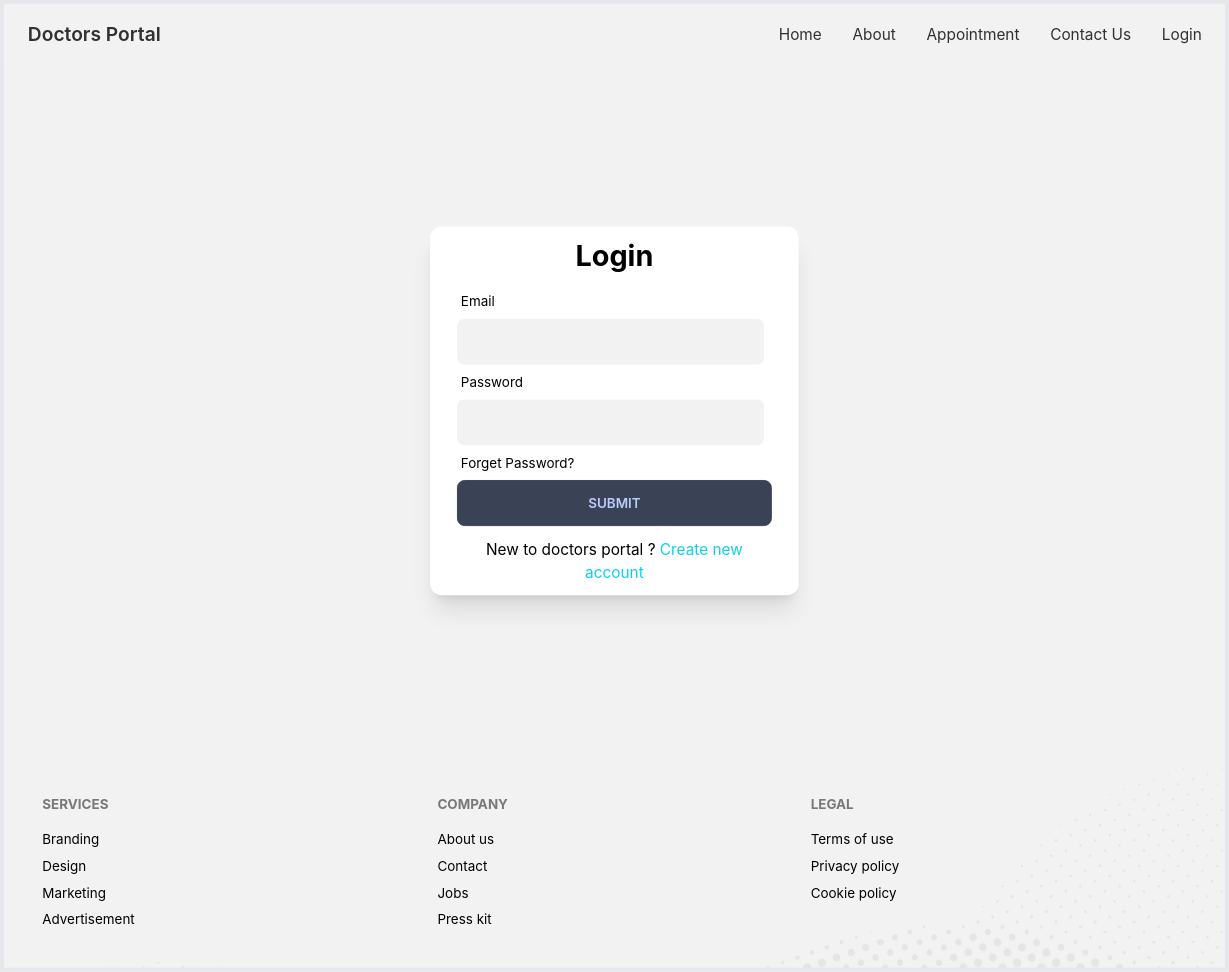
Repository: Samad77/Doctorportal-Client
Page: /login
These files come from the project's save history. The page is drawn as it stood at one moment and after the next save; the edit follows.
The browser window is 1280 px wide. The pictures show the whole page, at 96% of full size.
The project was rebuilt for these pictures with package versions that can differ from the ones it lists, and the page was loaded fresh each time. Also part of the build but not shown: src/Pages/Appointment/BookingModal/BookingModal.js, src/Pages/Appointment/AppoinmentCard/AppoinmentCard.js, src/Pages/Appointment/AppointmentBanner/AppointmentBanner.js, src/Pages/Appointment/AvailavleAppoinment/AvailableAppoinment.js, src/Pages/Appointment/Appoinment/Appoinment.js, src/Components/PrimaryButton/PrimaryButton.js, src/Pages/Home/Banner/Banner.js, src/Pages/Home/Cards/Cards.js and 6 more.

Above is the page before, as saved 2022-11-16 10:33:16.

After the next save:
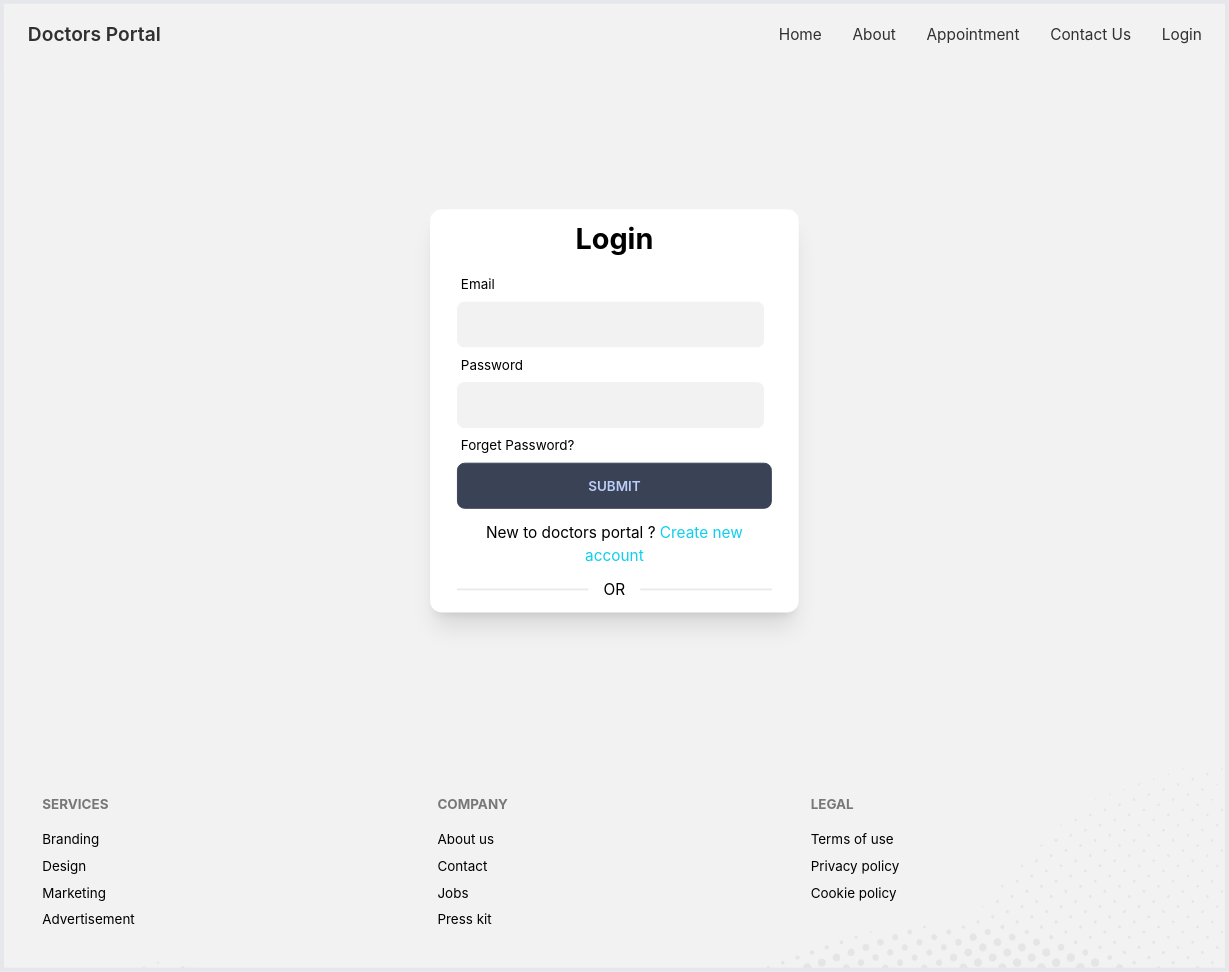
Saved 93 s later.
--- a/src/Pages/Login/Login.js
+++ b/src/Pages/Login/Login.js
@@ -31,6 +31,8 @@ const Login = () => {
                 <input type="submit" className='btn w-full bg-neutral' />
 
                 <p className='my-3'>New to doctors portal ? <Link to='/signup' className='text-primary'>Create new account</Link></p>
+
+                    <div className="divider">OR</div>
                 <p>{data}</p>
 
             </form>
